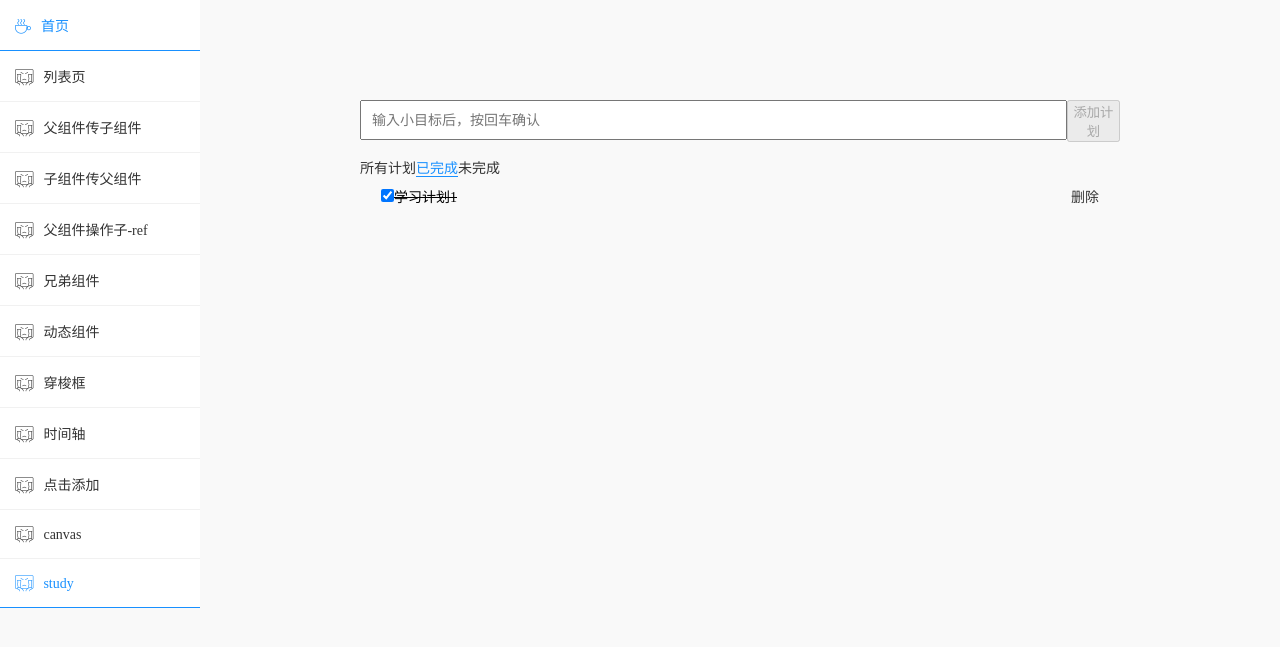
Repository: Serendipity-Zhang/vue-cli4
Page: /study
These files come from the project's save history. The page is drawn as it stood at one moment and after the next save; the edit follows.
The browser window is 1280 px wide. The pictures show the whole page.
The project was rebuilt for these pictures with package versions that can differ from the ones it lists, and the page was loaded fresh each time. Also part of the build but not shown: vue.config.js, src/views/Nav.vue, src/router/routes.js, src/layout/components/Nav.vue.

Above is the page before, as saved 2020-05-24 15:03:05.

### src/App.vue
<template>
  <div id="app">
    <!-- 左侧内容 -->
    <!-- <Nav /> -->
    <!-- 右侧内容 -->
    <!-- <div> -->
      <!-- 展示的出口 -->
      <!-- $route.meta.keepAlive 通过路由meta 为true的值 进行缓存 -->
      <!-- <keep-alive v-if="$route.meta.keepAlive">   -->
        <!-- 匹配路由缓存 -->
         <router-view />
      <!-- </keep-alive> -->

    <!-- </div> -->
  </div>
</template>

<script>
import Nav from './views/Nav.vue'; //导入

export default {
  name: 'App',
  data(){
    return {

    }
  },
  method:{

  },
  components:{  //组件
    Nav
  }

}
</script>

<style>
 @import './assets/css/index.css';
 #app {
   height:100%;
 }

</style>

### src/assets/css/index.css
* {
    padding: 0px;
    margin: 0px;
}
ul {
    list-style-type: none;
}

a {
    color: #333;
    text-decoration: none;
}
body {
    font-size: 14px;
    background-color: #f9f9f9;
}
body,html{
    width:100%;
    height:100%;
}
.tree {
    width: 200px;
    height: 100%;
    background: #fff;
    float: left;
}
.tree> ul {
    height: 100%;
}
.p_title {
    color: #333;
    display: block;
    padding: 15px;
    cursor:pointer;
    border-bottom: 1px solid #f1f1f1;
}
.selected {
    color: #1890ff;
    border-bottom: 1px solid #1890ff;
}
.p_title> i{
    padding-right:10px;
}
.p_title b{
    float: right;
    transition:all ease 1s;
    -webkit-transition:all ease 1s;
    -o-transition:all ease 1s;
    -moz-transition:all ease 1s;
    -ms-transition:all ease 1s;
}
.up {
    transform:rotate(0deg);
}
.down {
    transform:rotate(180deg);
}
.p_title:hover {
    color: #1890ff;
    border-bottom: 1px solid #1890ff;
}

.c_item a {
    display: block;
    padding: 10px 20px 10px 40px;
    background: #fff;
    color: #333;
    cursor:pointer;
}

.c_item a:hover {
    color: #1890ff;
    background: #e6f7ff;
    border-right: 4px solid #1890ff;
}

.banner {
    position: relative;
    float:left;
}
.banner .banner-circle {
    position: absolute;
    bottom: 5px;
    left: 0;
    right: 0;
    color: #fff;
}
.banner .banner-circle li{
    display:inline-block;
    background: rgba(0,0,0,.3);
    border-radius: 50%;
    padding:5px;
    margin:2px;
}
.banner .banner-circle ul {
    text-align: center;
}
.banner .banner-circle .selected {
    background: rgba(0,0,0,.8);
}
.banner img {
    max-width: 100%;
    margin: 0;
    padding: 0;
}

### src/layout/index.vue
<template>
  <div>
      <el-container>
        <el-aside width="200px">
            <!-- 左侧导航 -->
            <Sidebar />
        </el-aside>
        <el-container>
            <el-header>
                <!-- 面包屑 -->
                <!-- <Nav /> -->
            </el-header>
            <el-main>
                <!-- 右侧主内容 -->
                <Main />
            </el-main>
        </el-container>
    </el-container>
  </div>
</template>

<script>
import {Sidebar,Nav,Main} from './components'
// import Sidebar from './components/Sidebar';
// import Nav from './components/Nav';
// import Main from './components/Main';

export default {
  data () {
    return {

    }
  },
  components:{
      Sidebar,
      Nav,
      Main
  }
}
</script>

<!-- Add "scoped" attribute to limit CSS to this component only -->
<style  lang="scss">

// .el-header, .el-footer {
//     background-color: #B3C0D1;
//     color: #333;
//     text-align: center;
//     line-height: 60px;
//   }

//   .el-aside {
//     background-color: #D3DCE6;
//     color: #333;
//     text-align: center;
//     line-height: 200px;
//   }

//   .el-main {
//     background-color: #E9EEF3;
//     color: #333;
//     text-align: center;
//     line-height: 160px;
//   }

//   body > .el-container {
//     margin-bottom: 40px;
//   }

//   .el-container:nth-child(5) .el-aside,
//   .el-container:nth-child(6) .el-aside {
//     line-height: 260px;
//   }

//   .el-container:nth-child(7) .el-aside {
//     line-height: 320px;
//   }
</style>

### src/views/study/index.vue
<!-- 组件说明 -->
<template>
  <div class="main">
    <div class="panel panel-info" style="margin:20px;">
      <!-- 头部 text-->
      <!-- <div class="panel-heading">
        <h1>vue定制学习计划</h1>
        <div>
          <a
            >共有 <span class="badge">{{ items.length }}</span
            >个计划,</a
          >
          <a
            >已完成：<span class="badge">{{ completed }}</span></a
          >
          <a
            >未完成：<span class="badge">{{
              items.length - completed
            }}</span></a
          >
        </div>
      </div> -->
      <!-- 内容 -->
      <div class="panel-body">
        <div
          class="input-group"
          style="display:flex;
    justify-content: space-between;"
        >
          <input
            type="text"
            class="form-control text-keyword"
            placeholder="输入小目标后，按回车确认"
            v-model="input"
          />
          <span class="input-group-btn">
            <button class="btn btn-primary" @click="add()" :disabled="!input">
              添加计划
            </button>
          </span>
        </div>
        <div class="btn-groups btn-group-justifieds">
          <a
            class="btn btn-defaults"
            :class="cur == 1 ? 'selecteds' : ''"
            @click="filterItem(1)"
            >所有计划</a
          >
          <a
            class="btn btn-default"
            :class="cur == 2 ? 'selected' : ''"
            @click="filterItem(2)"
            >已完成</a
          >
          <a
            class="btn btn-default"
            :class="cur == 3 ? 'selected' : ''"
            @click="filterItem(3)"
            >未完成</a
          >
        </div>

        <ul class="list-group">
          <li class="list-group-item" v-for="(v, i) in newItems" :key="i">
            <input type="checkbox" v-model="v.check" />
            <span :class="v.check ? 'line-through' : ''">{{ v.name }}</span>
            <a class="badge" @click="del(v)">删除</a>
          </li>
        </ul>
      </div>
    </div>
  </div>
</template>

<script>
//import x from ''
export default {
  components: {},
  data() {
    return {
      input: "",
      cur: 2,
      items: [
        { name: "学习计划1", check: true },
        { name: "学习计划2", check: false },
        { name: "学习计划3", check: false },
      ],
      newItems: [],
    };
  },
  computed: {
    completed() {
      return this.items.filter((item) => item.check).length;
    },
  },
  methods: {
    add() {
      //添加数据
      if (!this.input) return;
      this.items.unshift({ name: this.input, check: false });
      this.input = ""; //清除数据
    },
    del(v) {
      //删除数据
      // this.items.splice(i,1);
      //findIndex
      var i = this.items.findIndex(function(item) {
        return item.name == v.name;
      });
      this.items.splice(i, 1);
      this.filterItem(this.cur);
    },
    filterItem(n) {
      //筛选数据
      this.cur = n;
      switch (n) {
        case 2:
          this.newItems = this.items.filter((item) => item.check);
          break;
        case 3:
          this.newItems = this.items.filter((item) => !item.check);
          break;
        default:
          this.newItems = this.items;
      }
    },
  },
  mounted() {
    this.filterItem(this.cur);
  },
  beforeCreate() {}, //生命周期 - 创建之前
  beforeMount() {}, //生命周期 - 挂载之前
  beforeUpdate() {}, //生命周期 - 更新之前
  updated() {}, //生命周期 - 更新之后
  beforeDestroy() {}, //生命周期 - 销毁之前
  destroyed() {}, //生命周期 - 销毁完成
  activated() {}, //如果页面有keep-alive缓存功能，这个函数会触发
};
</script>

<style scoped>
input {
  font-size: 14px;
}
.hidden {
  display: none;
}
.main {
  width: 800px;
  margin: 0 auto;
}
li {
  list-style-type: none;
  line-height: 40px;
  position: relative;
  border: 1px solid transparent;
  padding: 0 20px;
}
li .status-span {
  display: block;
  width: 10px;
  height: 10px;
  background: #ccc;
  margin: 14px 10px 0 0;
  float: left;
}
li .status-span.status-end {
  background: #09f;
}
li .close {
  position: absolute;
  color: #f00;
  font-size: 20px;
  line-height: 40px;
  height: 40px;
  right: 20px;
  cursor: pointer;
  display: none;
  top: 0;
}
li:hover {
  background: rgba(217, 237, 247, 0.5);
}
li:hover .close {
  display: block;
}

li .text-keyword {
  width: 300px;
  height: 40px;
  padding-left: 10px;
  box-sizing: border-box;
  margin-left: 10px;
  width: 80%;
  display: none;
}
.text-keyword {
  box-sizing: border-box;
  width: 100%;
  height: 40px;
  padding-left: 10px;
  outline: none;
}
li .badge {
  float: right;
}
.panel-heading {
  text-align: center;
}
.panel-heading h1 {
  color: #31708f;
}
.input-group {
  margin-top: 20px;
  margin-bottom: 15px;
}
.line-through {
  text-decoration: line-through;
}
/* .btn-group .btn-default.selected {
  background: #31708f;
  color: #fff;
} */
</style>

### src/layout/components/Sidebar.vue
<template>
  <div class="tree">
      <ul>
        <li class="p_item" v-for="(v,i) in items" :key="i">
          <router-link :to="v.url"
              class="p_title"
              @click="n=i">
            <i class="iconfont" :class="v.icon"></i>{{v.name}}
          </router-link>
        </li>
      </ul>
    </div>
</template>

<script>
export default {
  name:'',
  data(){
    return{
      n:1,
      items:[
          {
              name:'首页',
              icon:'icon-shenghuo',
              url:'/home'
          },
          {
              name:'列表页',
              icon:'icon-biaoqingleiben',
              url:'/list',
              child:[{name:'列表详情',url:'/list/toFather'}]
          },
          {
              name:'父组件传子组件',
              icon:'icon-biaoqingleiben',
              url:'/toSon'
          },
          {
              name:'子组件传父组件',
              icon:'icon-biaoqingleiben',
              url:'/toFather'
          },
          {
              name:'父组件操作子-ref',
              icon:'icon-biaoqingleiben',
              url:'/actionSon'
          },
          {
              name:'兄弟组件',
              icon:'icon-biaoqingleiben',
              url:'/brother'
          },
           {
              name:'动态组件',
              icon:'icon-biaoqingleiben',
              url:'comp1'
          },
          {
              name:'穿梭框',
              icon:'icon-biaoqingleiben',
              url:'/transfer'
          },
          {
              name:'时间轴',
              icon:'icon-biaoqingleiben',
              url:'/timeLine'
          },
          {
              name:'点击添加',
              icon:'icon-biaoqingleiben',
              url:'/AddFriend'
          },
          {
              name:'canvas',
              icon:'icon-biaoqingleiben',
              url:'/canvas'
          },
          {
              name:'study',
              icon:'icon-biaoqingleiben',
              url:'/study'
          }
      ]
    }
  }
}
</script>

<style>

</style>

### src/layout/components/Main.vue
<template>
        <router-view />
</template>

<script>
export default {
  data () {
    return {

    }
  }
}
</script>

<!-- Add "scoped" attribute to limit CSS to this component only -->
<style  lang="scss">

</style>

Loaded but not shown: public/index.html (common file); src/store/index.js (common file); src/router/index.js (34 lines, source omitted); src/main.js (29 lines, source omitted); src/layout/components/index.js (3 lines, source omitted); src/assets/font/iconfont.css (66 lines, source omitted)

After the next save:
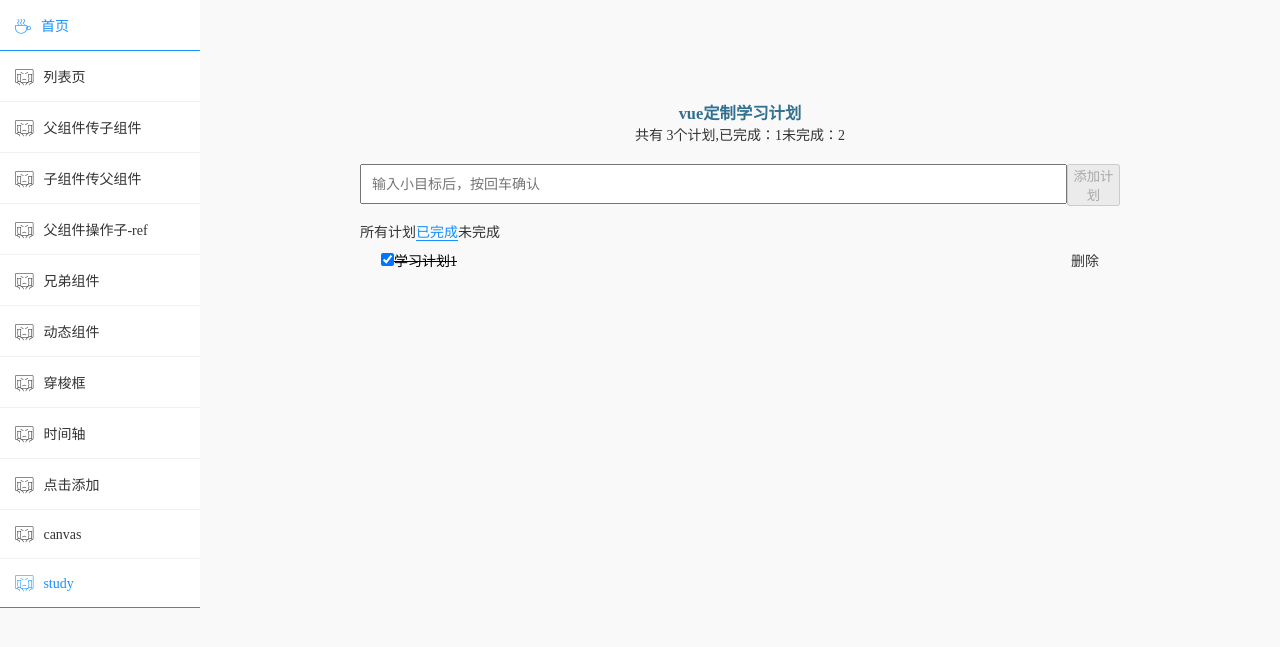
Saved 10 s later.
--- a/src/views/study/index.vue
+++ b/src/views/study/index.vue
@@ -3,7 +3,7 @@
   <div class="main">
     <div class="panel panel-info" style="margin:20px;">
       <!-- 头部 text-->
-      <!-- <div class="panel-heading">
+      <div class="panel-heading">
         <h1>vue定制学习计划</h1>
         <div>
           <a
@@ -19,7 +19,7 @@
             }}</span></a
           >
         </div>
-      </div> -->
+      </div>
       <!-- 内容 -->
       <div class="panel-body">
         <div
